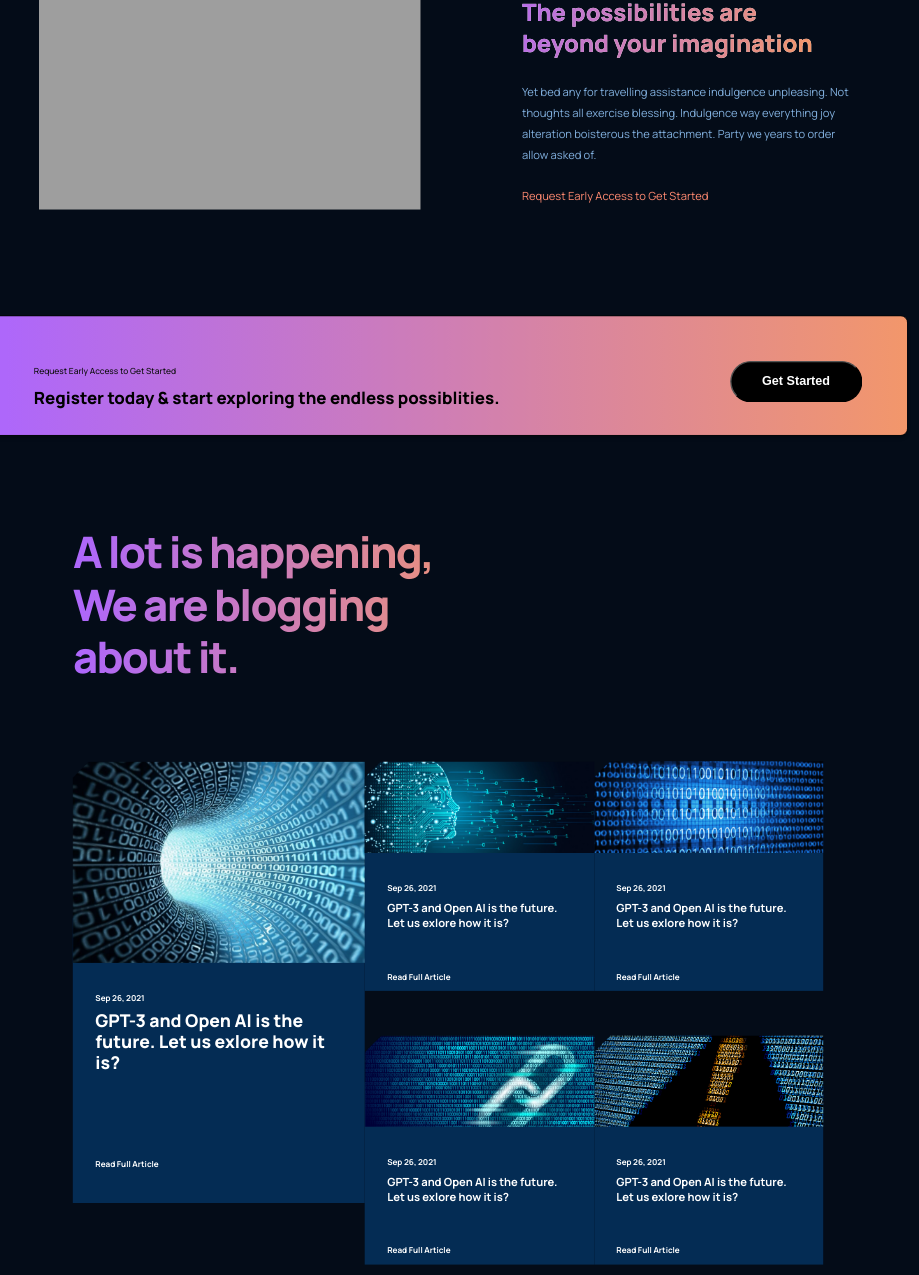
Repository: guilhermecardoso93/lp-gpt3
Page: index.html
The author's editor kept a copy of each file at every save. The page is drawn from the files as they stood at one save, then again after the next save.
The browser window is 1280 px wide. The page is 1313 px wide, so the pictures cover 1313 px, including what lies to the right of the window. The pictures show the part of the page from y = 2602 to 4482 px (the page is 4424 px tall before and 4482 px after), at 70% of full size.
Pictures or frames that could not be fetched are drawn as grey boxes.

Above is the page before, as saved 2022-08-23 22:29:40.

After the next save:
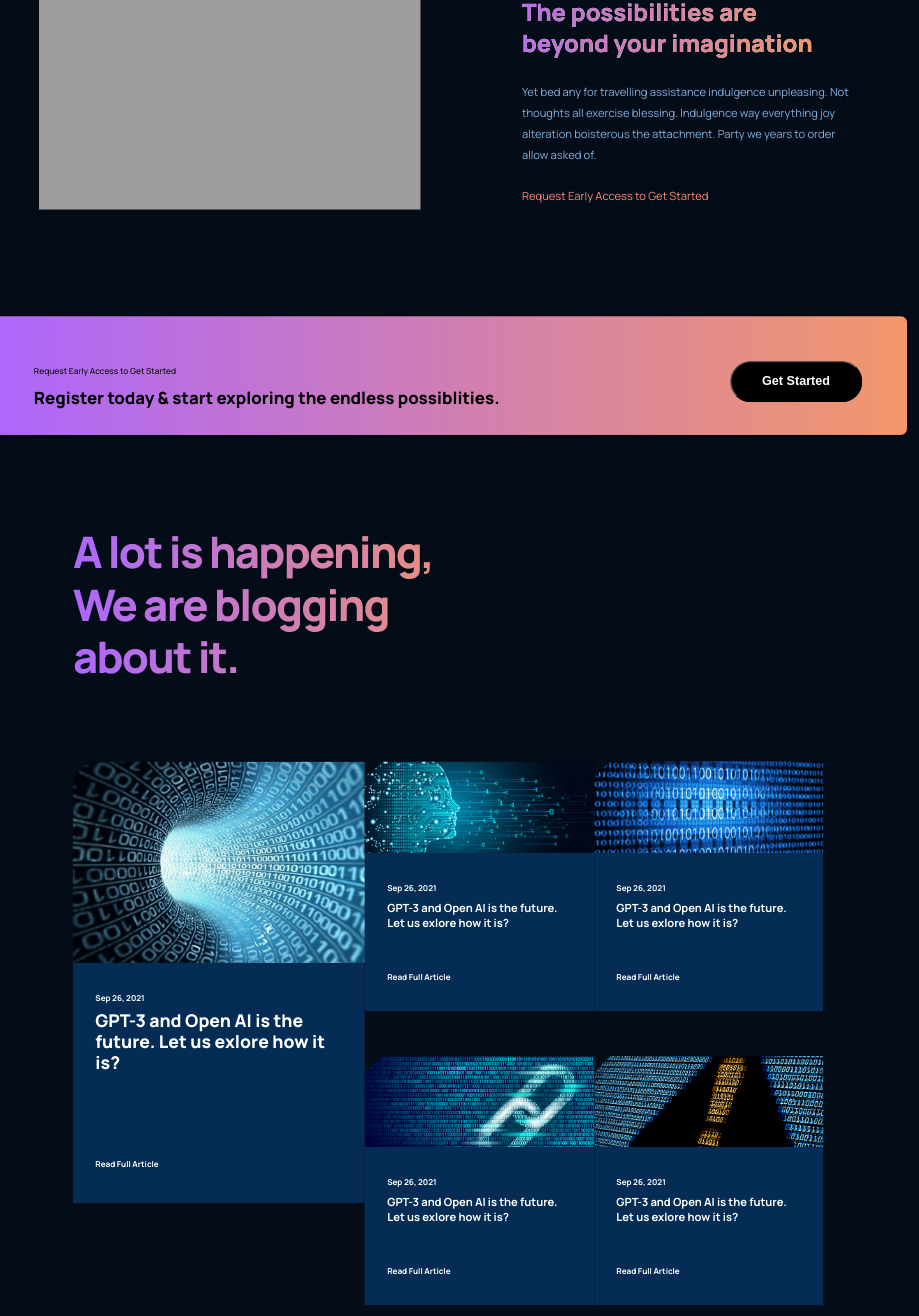
Saved 22 s later.
--- a/style.css
+++ b/style.css
@@ -549,7 +549,7 @@
 .MiddleDiv2 {
   background: #042c54;
   width: 327.34px;
-  height: 260.84px;
+  //height: 260.84px;
   padding: 2rem;
   color: #fff;
   padding-top: 6rem;
